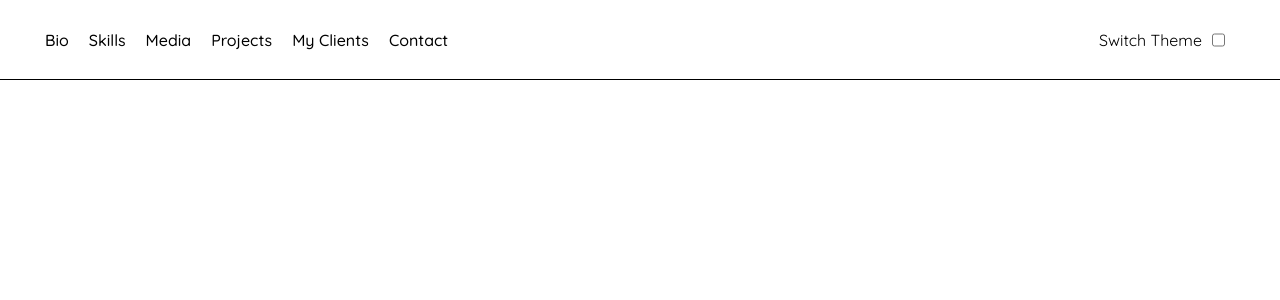
Repository: benarafa1/personal-website
Page: index.html
These files come from the project's save history. The page is drawn as it stood at one moment and after the next save; the edit follows.
The browser window is 1280 px wide. The pictures show the whole page.

Above is the page before, as saved 2025-04-11 17:11:00.

### index.html
<!DOCTYPE html>
<html lang="en">
  <head>
    <meta charset="UTF-8" />
    <meta name="viewport" content="width=device-width, initial-scale=1.0" />
    <link rel="preconnect" href="https://fonts.googleapis.com" />
    <link rel="preconnect" href="https://fonts.gstatic.com" crossorigin />
    <link
      href="https://fonts.googleapis.com/css2?family=Quicksand:wght@300..700&
      family=Roboto:ital,wght@0,100;0,300;0,400;0,500;0,700;0,900;1,100;1,300;1,400;1,500;1,700;1,900&display=swap"
      rel="stylesheet"
    />
    <link rel="stylesheet" href="style.css" />
    <title>Amar Arafa</title>
  </head>

  <body>
    <div class="container">
      <header class="header">
        <nav class="navigation">
          <ul class="nav-list">
            <li><a class="nav-link" href="#">Bio</a></li>
            <li><a class="nav-link" href="#">Skills</a></li>
            <li><a class="nav-link" href="#">Media</a></li>
            <li><a class="nav-link" href="#">Projects</a></li>
            <li><a class="nav-link" href="#">My Clients</a></li>
            <li><a class="nav-link" href="#">Contact</a></li>
          </ul>
        </nav>
        <div class="toggle">
          <h3>Switch Theme</h3>
          <input type="checkbox" name="toggle-checkbox" id="checkbox" />
          <label for="checkbox" class="toggle-label"></label>
        </div>
      </header>
    </div>
  </body>
</html>

### style.css
:root {
  --container-width: 119rem;
  --gutter: 2rem;
  --color-black: #000;
  --color-white: #fff;
  --color-blue: #2374e1;
  --color-light-blue: #1d9bf0;
  --color-dark-blue: #0a66c2;
  --color-darker-blue: #143ce8;
  --color-red: #ff0000;
  --color-green: #03a696;
  --color-grey: #f6f6f6;
  --color-dark-green: #42959b;
  --color-background: var(--color-white);
  --color-text: var(--color-black);
  --color-box-img: var(--color-black);
  --color-link-bg: var(--color-black);
  --color-input-border: var(--color-black);
  --font-family-Roboto: "Roboto", sans-serif;
  --font-family-Quicksand: "Quicksand", sans-serif;
  --font-weight-regular: 400;
  --font-weight-medium: 500;
  --font-weight-semi-bold: 600;
  --font-weight-bold: 700;
  --font-size-70: 7rem;
  --font-size-65: 6.5rem;
  --font-size-40: 4rem;
  --font-size-38: 3.8rem;
  --font-size-24: 2.4rem;
  --font-size-22: 2.2rem;
  --font-size-20: 2rem;
  --font-size-18: 1.8rem;
  --font-size-15: 1.5rem;
  --transition-timing: 0.3s;
}

/* start CSS Reset */
*,
*::before,
*::after {
  box-sizing: border-box;
  margin: 0;
  padding: 0;
  font: inherit;
}

a {
  color: inherit;
  display: inline-block;
}

button {
  background-color: transparent;
  border: none;
  cursor: pointer;
}

ul,
ol {
  list-style: none;
}
/* end CSS Reset */

body {
  font-size: 1.6rem;
  font-family: var(--font-family-Quicksand);
}

html {
  font-size: 62.5%;
  scroll-behavior: smooth;
  scroll-padding-top: 11rem;
}

.container {
  margin: 0 auto;
  width: var(--container-width);
}

.nav-list {
  display: flex;
  gap: 2rem;
}
.nav-link:link,
.nav-link:visited {
  font-weight: var(--font-weight-medium);
  text-decoration: none;
}

.nav-link:hover,
.nav-link:active {
  text-decoration: underline;
}

.header {
  position: relative;
  padding: 3rem 0;
  display: flex;
  justify-content: center;
}
.header::before {
  content: "";
  position: absolute;
  height: 100%;
  width: 100vw;
  top: 0;
  z-index: -1;
  border-bottom: 0.1rem solid var(--color-input-border);
}

/* toggle start */
.toggle {
  display: flex;
  gap: 1rem;
  margin-left: auto;
}

/* toggle end */

After the next save:
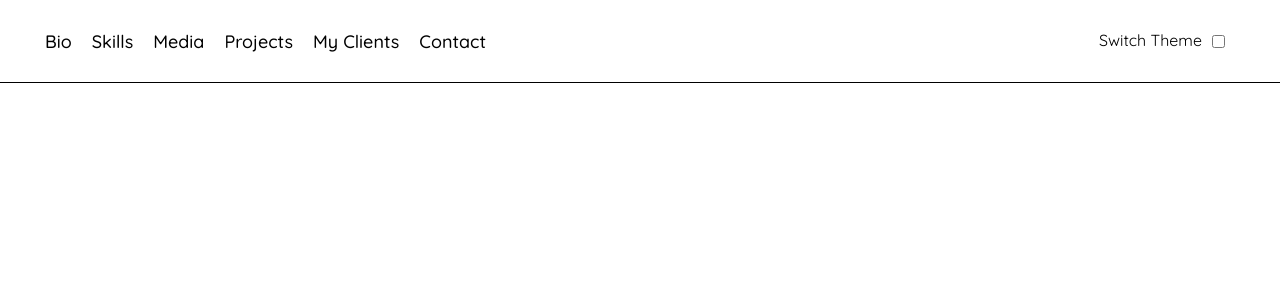
Saved 46 s later.
--- a/style.css
+++ b/style.css
@@ -85,6 +85,7 @@ html {
 .nav-link:visited {
   font-weight: var(--font-weight-medium);
   text-decoration: none;
+  font-size: 1.8rem;
 }
 
 .nav-link:hover,
